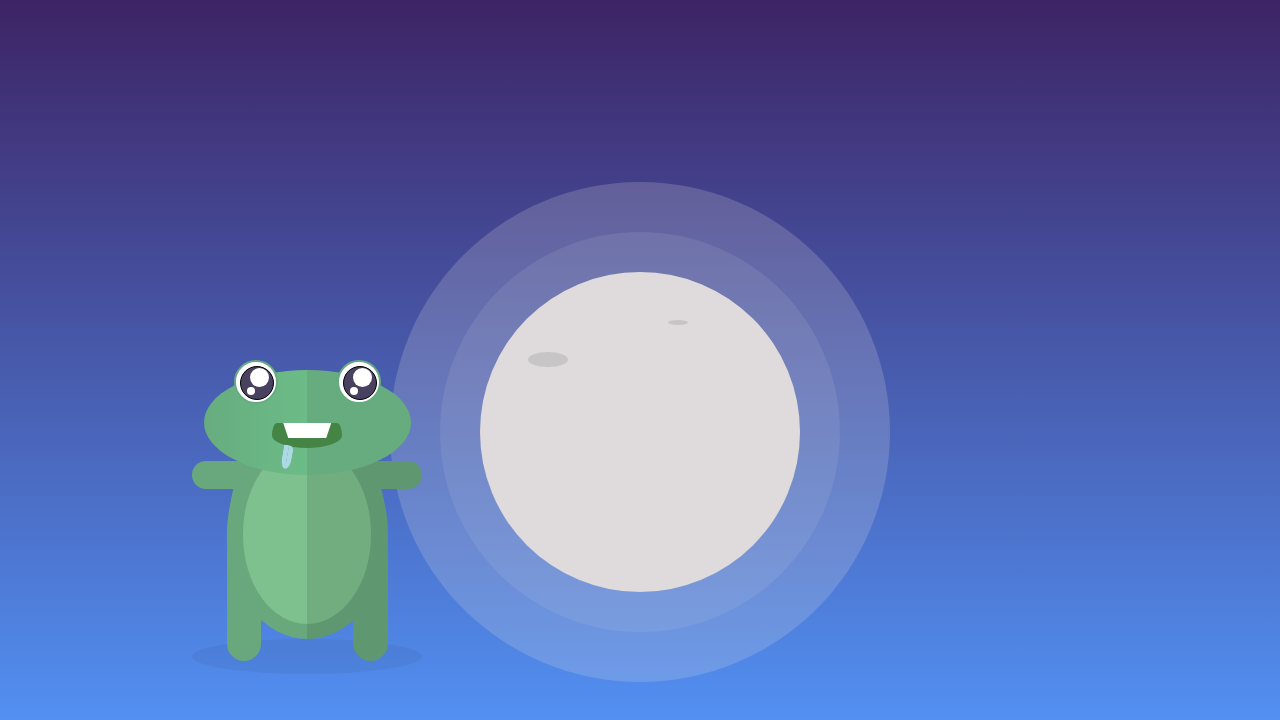
Repository: celinakhalife/cssCharacterDesign
Page: /
The author's editor kept a copy of each file at every save. The page is drawn from the files as they stood at one save, then again after the next save.
The browser window is 1280 px wide. The pictures show the whole page.
The project was rebuilt for these pictures with package versions that can differ from the ones it lists, and the page was loaded fresh each time. Also part of the build but not shown: angular.json.

Above is the page before, as saved 2018-10-21 13:14:54.

### src/index.html
<!doctype html>
<html lang="en">
<head>
  <meta charset="utf-8">
  <title>AnimalKingdom</title>
  <base href="/">

  <meta name="viewport" content="width=device-width, initial-scale=1">
  <link rel="icon" type="image/x-icon" href="favicon.ico">
</head>
<body>
  <app-root></app-root>
</body>
</html>

### src/styles.scss
/* You can add global styles to this file, and also import other style files */
body, html{
    width:100%;
    height: 100%;
    padding:0;
    margin:0;
}

### src/app/app.component.ts
import { Component } from '@angular/core';

@Component({
  selector: 'app-root',
  templateUrl: './app.component.html',
  styleUrls: ['./app.component.scss']
})
export class AppComponent {
  title = 'animalKingdom';
}

### src/app/alien/alien.component.ts
import { Component, OnInit } from '@angular/core';

@Component({
  selector: 'app-alien',
  templateUrl: './alien.component.html',
  styleUrls: ['./alien.component.scss']
})
export class AlienComponent implements OnInit {

  constructor() { }

  ngOnInit() {
  }

}

### src/app/app.component.html
<div class="background">
  <div class="planet">
    <div class="circle-2">
      <div class="circle-1">
        <div class="hole hole-1"></div>
        <div class="hole hole-2"></div>
        <div class="strip"></div>
      </div>
    </div>

  </div>
</div>

<app-alien></app-alien>

### src/app/app.component.scss
.background {
  background: rgb(61, 36, 101); /* Old browsers */
  background: -moz-linear-gradient(
    top,
    rgba(61, 36, 101, 1) 0%,
    rgba(82, 144, 242, 1) 100%
  ); /* FF3.6-15 */
  background: -webkit-linear-gradient(
    top,
    rgba(61, 36, 101, 1) 0%,
    rgba(82, 144, 242, 1) 100%
  ); /* Chrome10-25,Safari5.1-6 */
  background: linear-gradient(
    to bottom,
    rgba(61, 36, 101, 1) 0%,
    rgba(82, 144, 242, 1) 100%
  ); /* W3C, IE10+, FF16+, Chrome26+, Opera12+, Safari7+ */
  filter: progid:DXImageTransform.Microsoft.gradient( startColorstr='#3d2465', endColorstr='#5290f2',GradientType=0 ); /* IE6-9 */
  width: 100%;
  height: 100%;
  overflow: hidden;
  .planet {
    width: 80vw;
    height: 80vw;
    max-width: 500px;
    max-height: 500px;
    background-color: rgba(223, 219, 220, 0.2);
    border-radius: 50%;
    position: absolute;
    top: 60%;
    left: 50%;
    transform: translate(-50%, -50%);

    .circle-2,
    .circle-1 {
      width: 80%;
      height: 80%;
      border-radius: 50%;
      margin-top: 10%;
      margin-left: 10%;
      display: inline-block;
      position: relative;
    }

    .circle-2 {
      background-color: rgba(223, 219, 220, 0.1);
      .circle-1 {
        background-color: rgb(223, 219, 220);
        .hole {
          background-color: rgba(0, 0, 0, 0.1);
          border-radius: 50%;
          position: absolute;

          &.hole-1 {
            width: 40px;
            height: 15px;
            top: 25%;
            left: 15%;
          }
          &.hole-2 {
            width: 20px;
            height: 5px;
            top: 15%;
            right: 35%;
          }
        }
      }
    }
  }
}

### src/app/alien/alien.component.html
<div class="monster">
  <div class="head roundShape">
    <div class="eyes roundShape left">
      <div class="eyeball roundShape">
        <div class="cirleBig roundShape"></div>
        <div class="cirleSmall roundShape"></div>
      </div>
    </div>
    <div class="eyes roundShape right">
      <div class="eyeball roundShape">
        <div class="cirleBig roundShape"></div>
        <div class="cirleSmall roundShape"></div>
      </div>
    </div>
    <div class="mouth">
      <div class="teeth"></div>
      <div class="drool"></div>
    </div>
  </div>
  <div class="body">
    <div class="belly roundShape"></div>
    <div class="darkOverlay"></div>
  </div>
  <div class="hand right"></div>
  <div class="hand left"></div>

  <div class="feet right"></div>
  <div class="feet left"></div>

  <div class="shadow"></div>
</div>

### src/app/alien/alien.component.scss
.roundShape {
  border-radius: 50%;
}

.monster {
  position: absolute;
  left: 15%;
  bottom: 0;
  width: 230px;
  height: 350px;

  .head {
    /* Permalink - use to edit and share this gradient: http://colorzilla.com/gradient-editor/#67ac7f+0,6cbc87+50,67ac7f+50,67ac7f+100 */
    background: rgb(103, 172, 127); /* Old browsers */
    background: -moz-linear-gradient(
      left,
      rgba(103, 172, 127, 1) 0%,
      rgba(108, 188, 135, 1) 50%,
      rgba(103, 172, 127, 1) 50%,
      rgba(103, 172, 127, 1) 100%
    ); /* FF3.6-15 */
    background: -webkit-linear-gradient(
      left,
      rgba(103, 172, 127, 1) 0%,
      rgba(108, 188, 135, 1) 50%,
      rgba(103, 172, 127, 1) 50%,
      rgba(103, 172, 127, 1) 100%
    ); /* Chrome10-25,Safari5.1-6 */
    background: linear-gradient(
      to right,
      rgba(103, 172, 127, 1) 0%,
      rgba(108, 188, 135, 1) 50%,
      rgba(103, 172, 127, 1) 50%,
      rgba(103, 172, 127, 1) 100%
    ); /* W3C, IE10+, FF16+, Chrome26+, Opera12+, Safari7+ */
    filter: progid:DXImageTransform.Microsoft.gradient( startColorstr='#67ac7f', endColorstr='#67ac7f',GradientType=1 ); /* IE6-9 */
    width: 90%;
    margin-left: 5%;
    height: 30%;
    z-index: 2;
    position: relative;
    > .darkOverlay {
      border-radius: 50% / 0 50% 50% 0;
    }
    .eyes {
      position: absolute;
      background: white;
      border: 2px solid #66ab7f;
      top: -10px;
      top: -10%;
      width: 40px;
      height: 40px;

      &.left {
        left: 30px;
      }
      &.right {
        right: 30px;
      }

      .eyeball {
        width: 80%;
        height: 80%;
        background: #484160;
        border: 1px solid black;
        position: absolute;
        top: 10%;
        left: 5%;
        animation: eyesAnimation ease infinite 4s; /* IE 10+, Fx 29+ */

        .cirleBig,
        .cirleSmall {
          background: white;
        }
        .cirleBig {
          width: 60%;
          height: 60%;
          margin: 5% 0% 0% 10%;
          animation: eyesCircleBigAnimation ease infinite 4s; /* IE 10+, Fx 29+ */
        }
        .cirleSmall {
          width: 25%;
          height: 25%;
          margin: 0 0% 0 45%;
          animation: eyesCircleSmallAnimation ease infinite 4s; /* IE 10+, Fx 29+ */
        }
      }
    }
    .mouth {
      width: 50px;
      height: 5px;
      border-width: 10px;
      border-color: #448444;
      background: #448444;
      border-radius: 5px 5px 50% 50% / 50% 50% 50% 50%;
      border-style: solid;
      position: absolute;
      top: 50%;
      left: 50%;
      transform: translateX(-50%);
      animation: mouthAnimation ease infinite 10s;

      .teeth {
        width: 75%;
        height: 0;
        border-left: 5px solid transparent;
        border-right: 5px solid transparent;
        border-bottom: 1px solid transparent;
        border-top: 15px solid white;
        border-style: solid;
        position: relative;
        top: -10px;
        left: 50%;
        transform: translateX(-50%);
        animation: teethAnimation ease infinite 10s;
      }

      .drool {
        border-color: lightblue;
        border-style: solid;
        width: 0;
        height: 0;
        border-width: 0px 5px 6px 5px;
        position: absolute;
        top: 12px;
        transform: rotate(10deg);
        border-radius: 0% 50% 50% 50% / 20% 20% 50% 50%;
        animation: droolingAnimation ease infinite 10s;
      }
    }
  }
  .body {
    height: 60%;
    margin-top: -20%;
    background: #69a87d;
    width: 70%;
    margin-left: 15%;
    overflow: hidden;
    z-index: 1;
    position: relative;
    border-radius: 50%;

    .darkOverlay {
      background: rgba(0, 0, 0, 0.1);
      width: 50%;
      height: 100%;
      position: absolute;
      left: 50%;
      top: 0;
    }
    .belly {
      width: 80%;
      height: 85%;
      margin: 10% 0 0 10%;
      background: #7fc08f;
      display: inline-block;
    }
  }
  .hand {
    width: 50%;
    background: #69a87d;
    height: 8%;
    border-radius: 20px;
    position: absolute;
    top: 26%;
    z-index: 0;
    &.left {
      left: 0;
    }
    &.right {
      background: #5e9770;
      right: 0;
      animation: helloAnimation ease 0.3s 5; /* IE 10+, Fx 29+ */
    }
  }
  .feet {
    width: 15%;
    background: #69a87d;
    height: 53%;
    position: absolute;
    top: 30%;
    z-index: 0;
    &.left {
      left: 15%;
      border-radius: 50% 50% 20px 20px;
    }
    &.right {
      background: #5e9770;
      right: 15%;
      border-radius: 50% 50% 20px 20px;
    }
  }
  .shadow {
    background: rgba(0, 0, 0, 0.05);
    width: 100%;
    height: 10%;
    border-radius: 50%;
    z-index: 0;
  }
}

@-webkit-keyframes eyesAnimation {
  0% {
    top: 10%;
    left: 5%;
  }
  25% {
    top: 10%;
    left: 10%;
  }
  50% {
    top: 10%;
    left: 5%;
  }
}

@-webkit-keyframes eyesCircleBigAnimation {
  0% {
    margin: 5% 0% 0% 10%;
  }
  25% {
    margin: 5% 0% 0% 30%;
  }
  50% {
    margin: 5% 0% 0% 10%;
  }
}
@-webkit-keyframes eyesCircleSmallAnimation {
  0% {
    margin: 0% 0% 0% 45%;
  }
  25% {
    margin: 0% 0% 0% 20%;
  }
  50% {
    margin: 0% 0% 0% 45%;
  }
}

@-webkit-keyframes droolingAnimation {
  75% {
    height: 20px;
    top: 12px;
  }
  80% {
    height: 0px;
    top: 8px;
  }
  85% {
    top: 12px;
  }
}

@-webkit-keyframes mouthAnimation {
  75% {
    height: 5px;
    border-left-width: 10px;
    border-right-width: 10px;
  }
  80% {
    height: 0;
    border-left-width: 5px;
    border-right-width: 5px;
  }
  85% {
    height: 5px;
    border-left-width: 10px;
    border-right-width: 10px;
  }
}

@-webkit-keyframes teethAnimation {
  75% {
    width: 75%;
  }
  80% {
    width: 70%;
  }
  85% {
    width: 75%;
  }
}

@-webkit-keyframes helloAnimation {
  10% {
    transform: rotate(0deg);
  }
  50% {
    transform: rotate(-15deg);
  }
  100% {
    transform: rotate(0deg);
  }
}

Loaded but not shown: src/main.ts (common file); src/app/app.module.ts (common file); src/environments/environment.ts (common file)

After the next save:
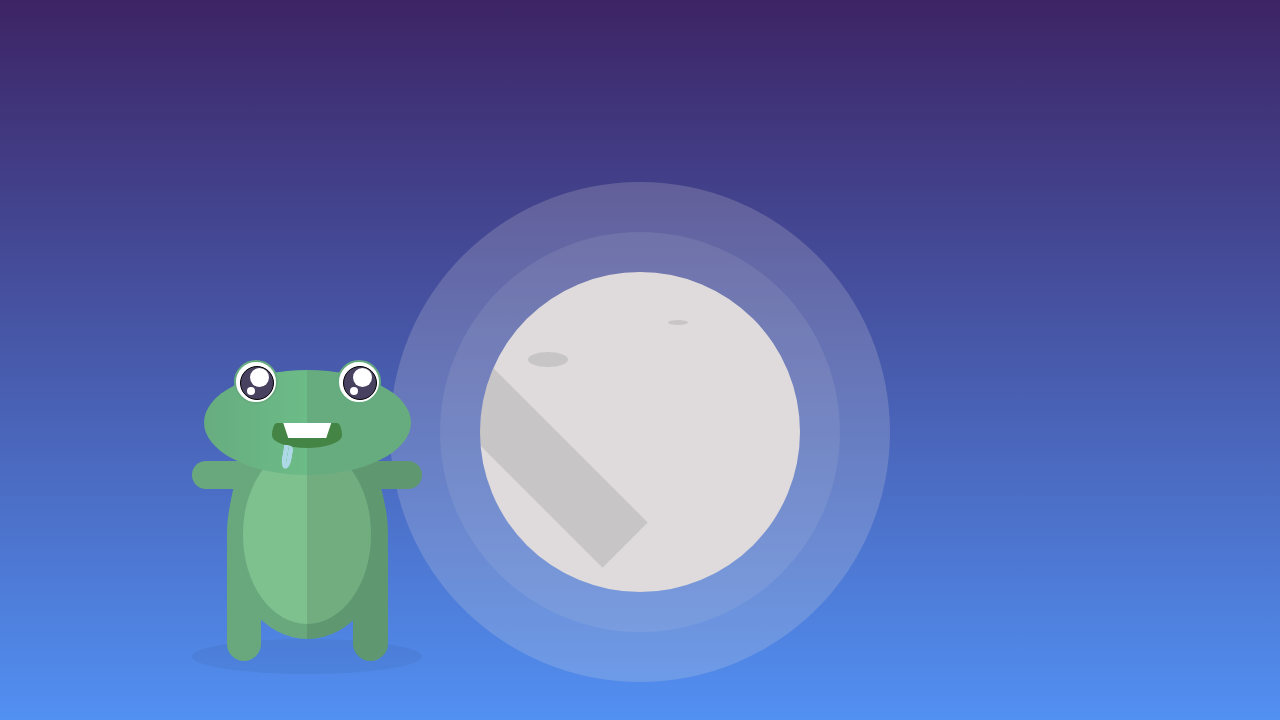
Saved 50 s later.
--- a/src/app/app.component.scss
+++ b/src/app/app.component.scss
@@ -40,6 +40,7 @@
       margin-left: 10%;
       display: inline-block;
       position: relative;
+      overflow: hidden;
     }
 
     .circle-2 {
@@ -64,6 +65,15 @@
             right: 35%;
           }
         }
+        .strip {
+          background-color: rgba(0, 0, 0, 0.1);
+          position: absolute;
+          width: 20%;
+          height: 100%;
+          left: 0;
+          top: 0;
+          transform: rotate(-45deg);
+        }
       }
     }
   }
